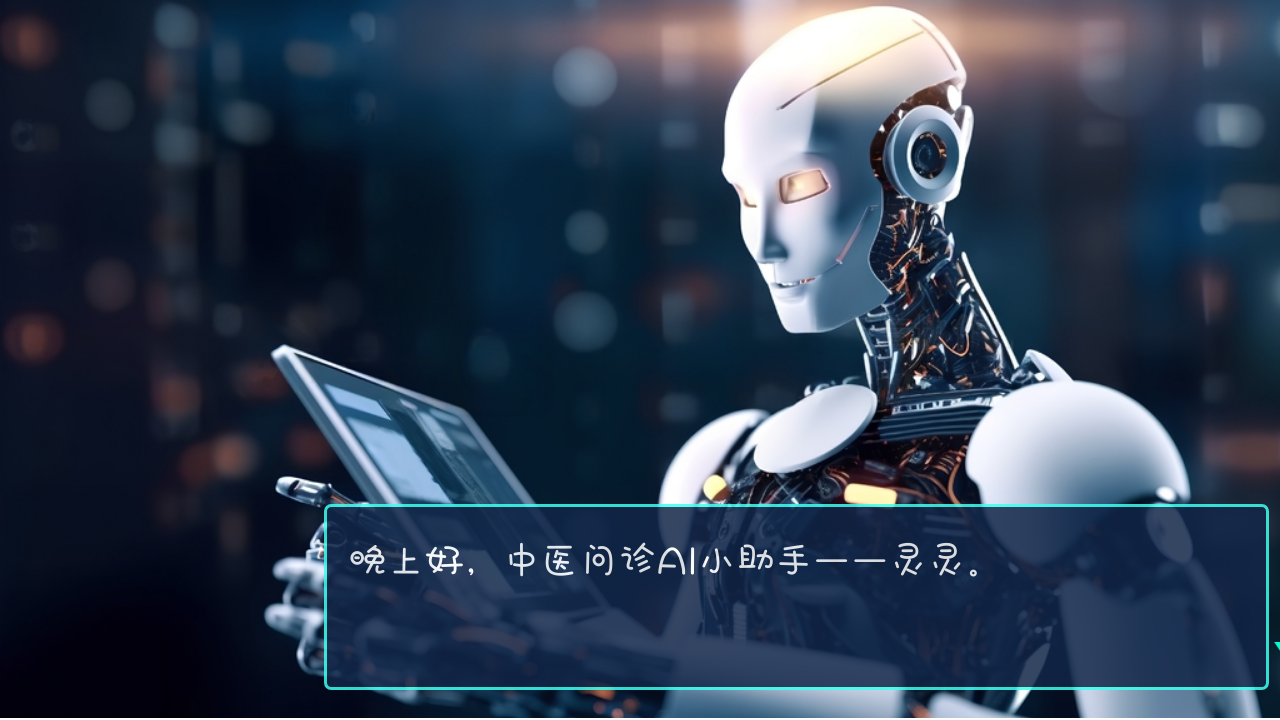
Repository: chjyume/zhongyi
Page: index3.html
The author's editor kept a copy of each file at every save. The page is drawn from the files as they stood at one save, then again after the next save.
The browser window is 1280 px wide. The pictures show the whole page.

Above is the page before, as saved 2023-08-30 23:33:43.

After the next save:
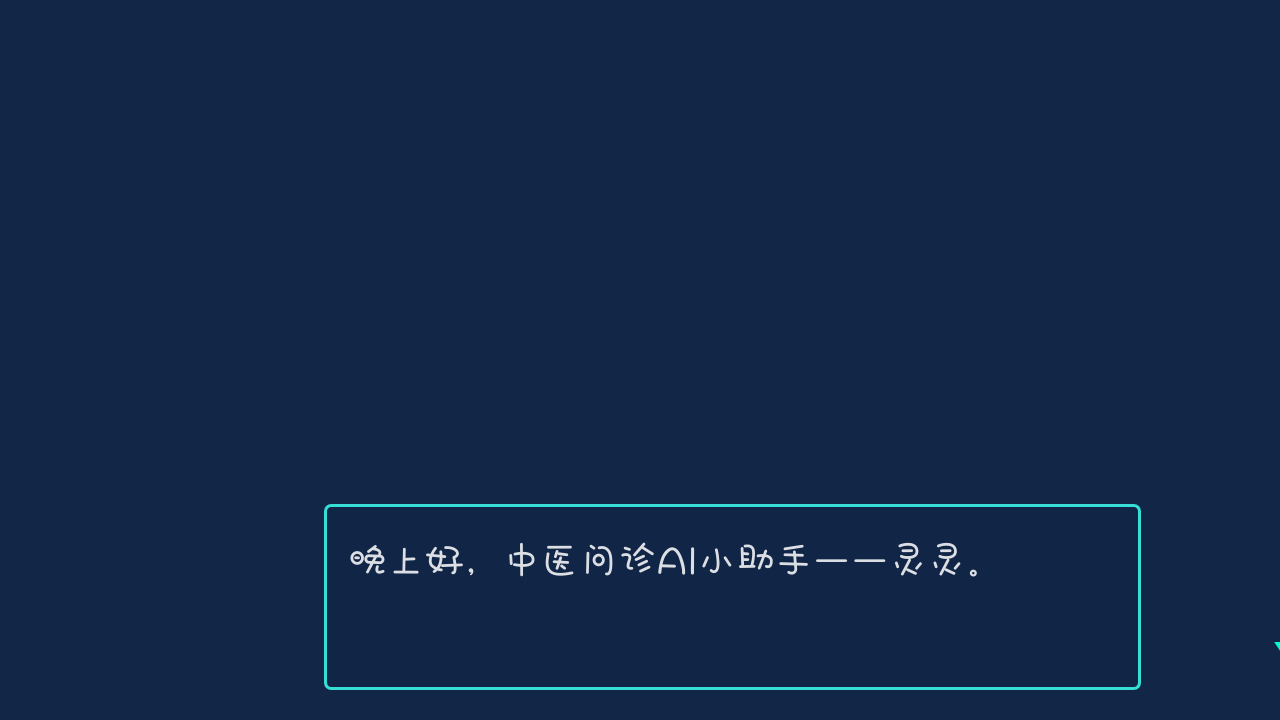
Saved 38 s later.
--- a/index3.html
+++ b/index3.html
@@ -17,7 +17,10 @@
         background-size:cover;
 	}
 	</style>
-		<div id="textDiv"  tabindex="1" style="z-index:2;width:70%;cursor:pointer;"></div>
+		<div id="textDiv"  tabindex="1"></div>
+		<div id="textContainer">
+			<div id="textBox"></div>
+		</div>
 		<div id="endMarker" style="display: none;"></div>
 		<div id="chosenDiv" style="display: none;  font-size: 50px;" tabindex="1">
 			<div id="text1" tabindex="1">

After the save that followed:
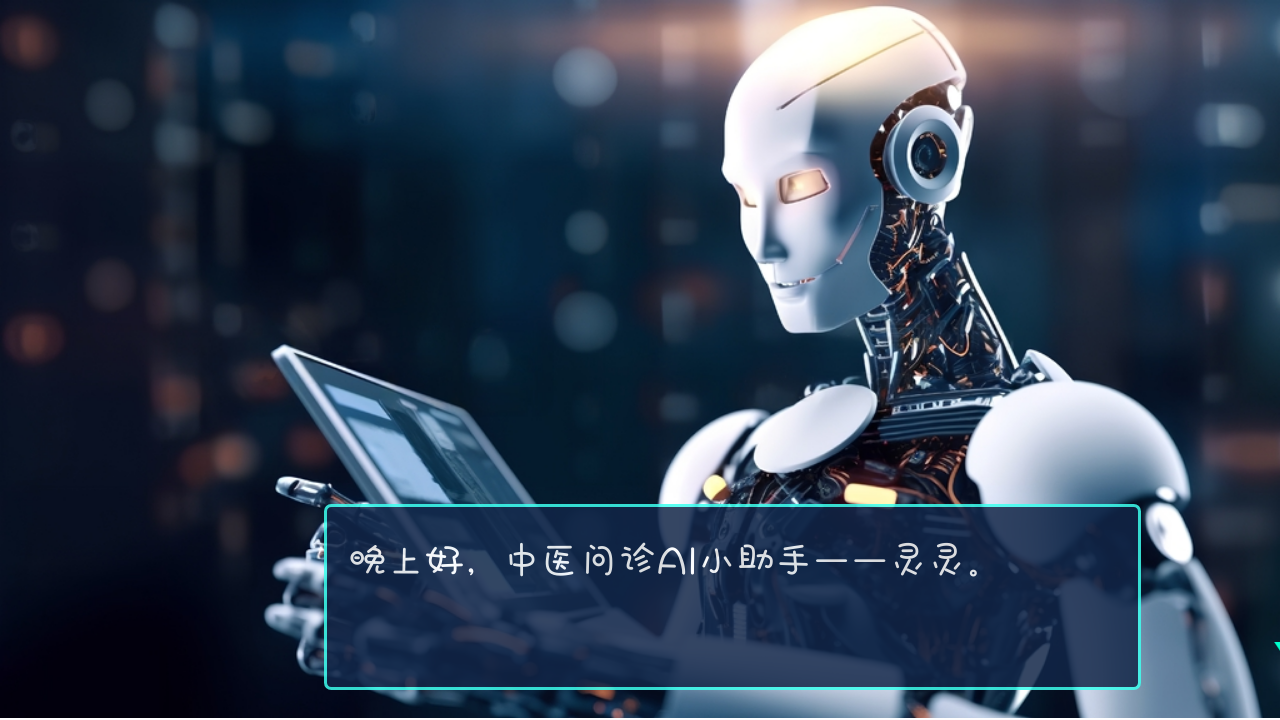
Saved 67 s later.
--- a/index3.html
+++ b/index3.html
@@ -18,9 +18,6 @@
 	}
 	</style>
 		<div id="textDiv"  tabindex="1"></div>
-		<div id="textContainer">
-			<div id="textBox"></div>
-		</div>
 		<div id="endMarker" style="display: none;"></div>
 		<div id="chosenDiv" style="display: none;  font-size: 50px;" tabindex="1">
 			<div id="text1" tabindex="1">
